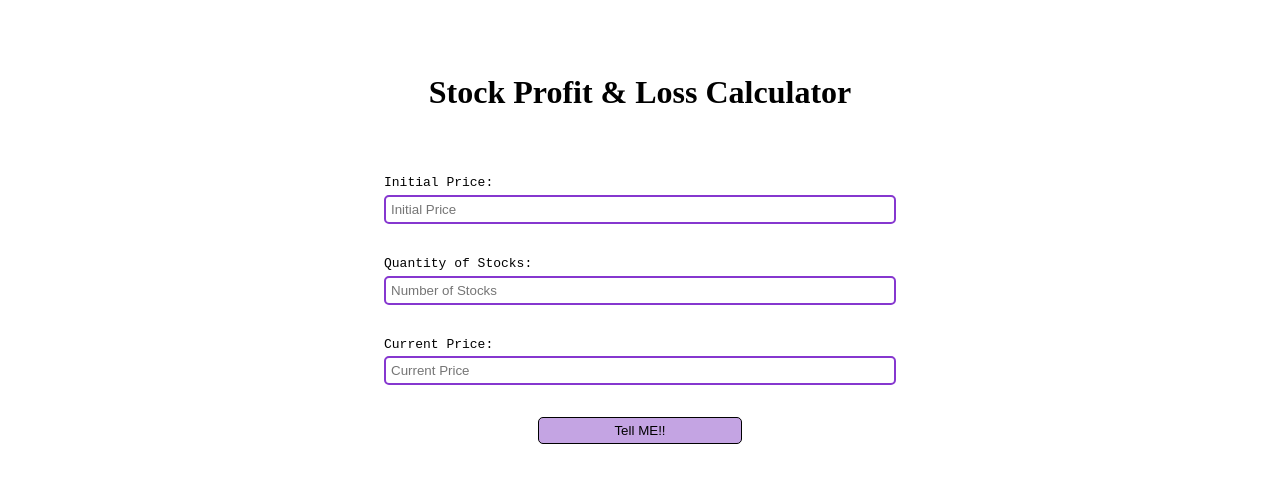
Repository: patelamancode/Stock-P-L-Calculator
Page: index.html
These files come from the project's save history. The page is drawn as it stood at one moment and after the next save; the edit follows.
The browser window is 1280 px wide. The pictures show the whole page.

Above is the page before, as saved 2022-11-23 18:37:39.

### index.html
<!DOCTYPE html>
<html lang="en">
<head>
    <meta charset="UTF-8">
    <meta http-equiv="X-UA-Compatible" content="IE=edge">
    <meta name="viewport" content="width=device-width, initial-scale=1.0">
    <link rel="stylesheet" href="index.css">
    <title>Stock Profit and Loss Calc</title>
</head>
<body>
    <div id="main-container">
        <h1 class="app-title">Stock Profit & Loss Calculator</h1>
        <label for="initial Price">Initial Price:</label>
        <input type="text" id="initial-price-input" placeholder="Initial Price">
        <label for="number of stock">Quantity of Stocks:</label>
        <input type="text" id="stock-count" placeholder="Number of Stocks">
        <label for="current Price">Current Price:</label>
        <input type="text" id="current-price-input" placeholder="Current Price" >
        <button id="check-btn">Tell ME!!</button>
        <p id="result-display">Hey I am here as a result</p>
    </div>
    <script src="index.js"></script>
</body>
</html>

### index.css
* {
    margin: 0;
    padding: 0;
  }


  #main-container {
    display: flex;
    flex-direction: column;
    width: 40vw;
    margin: auto;
    margin-top: 2rem;
    padding: 10px;
    text-align: center;
  }

  .app-title {
    margin: 2rem 0;
  }
  label{
    margin-top: 2rem;
    margin-bottom: 0.3rem;
    text-align: left;
    font-family: monospace;
  }
  input{
    border: 2px solid rgb(134, 55, 207);
    border-radius: 5px;
    padding: 5px;
  }
  #check-btn{
    margin: auto;
    text-align: center;
    margin-top: 2rem;
    width: 40%;
    padding: 5px 0px;
    background-color:rgba(143, 82, 201, 0.521);
    border: 1px solid;
    border-radius: 5px;
  }

  #result-display{
    display: none;
    margin-top: 2rem;
    font-style: italic;
    font-weight: 100;
  }

### index.js
const checkButton = document.querySelector('#check-btn');
const initialValue = document.querySelector('#initial-price-input');
const stockCount = document.querySelector('#stock-count');
const currentValue = document.querySelector('#current-price-input');
const resultDisplay = document.querySelector('#result-display');





function showResult(){
    resultDisplay.style.display = "block";

}


checkButton.addEventListener('click', function(){
    showResult();
})

After the next save:
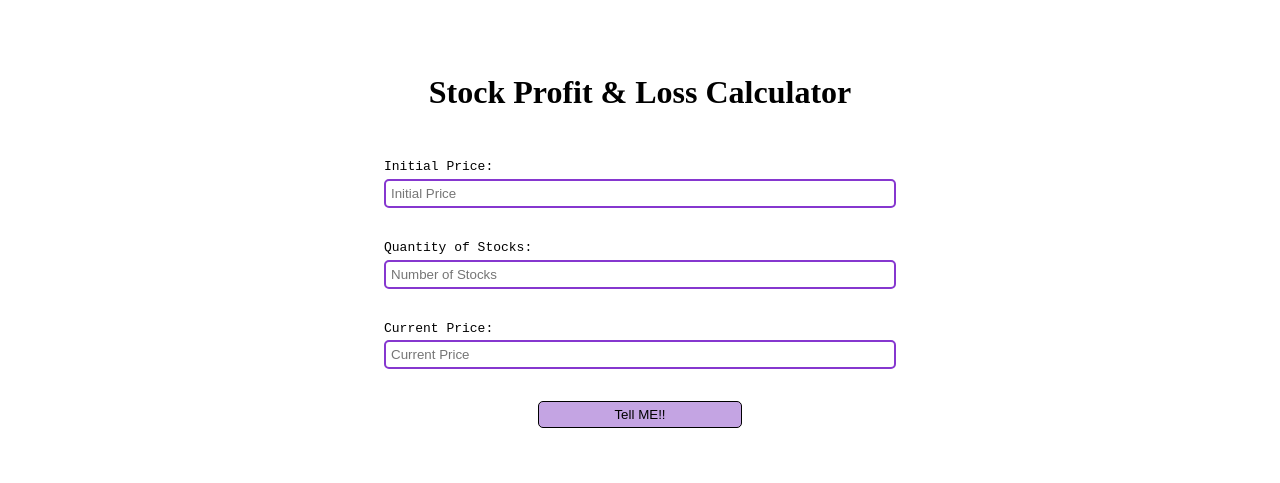
Saved 45 s later.
--- a/index.css
+++ b/index.css
@@ -15,7 +15,7 @@
   }
 
   .app-title {
-    margin: 2rem 0;
+    margin: 2rem 0 1rem 0;
   }
   label{
     margin-top: 2rem;
